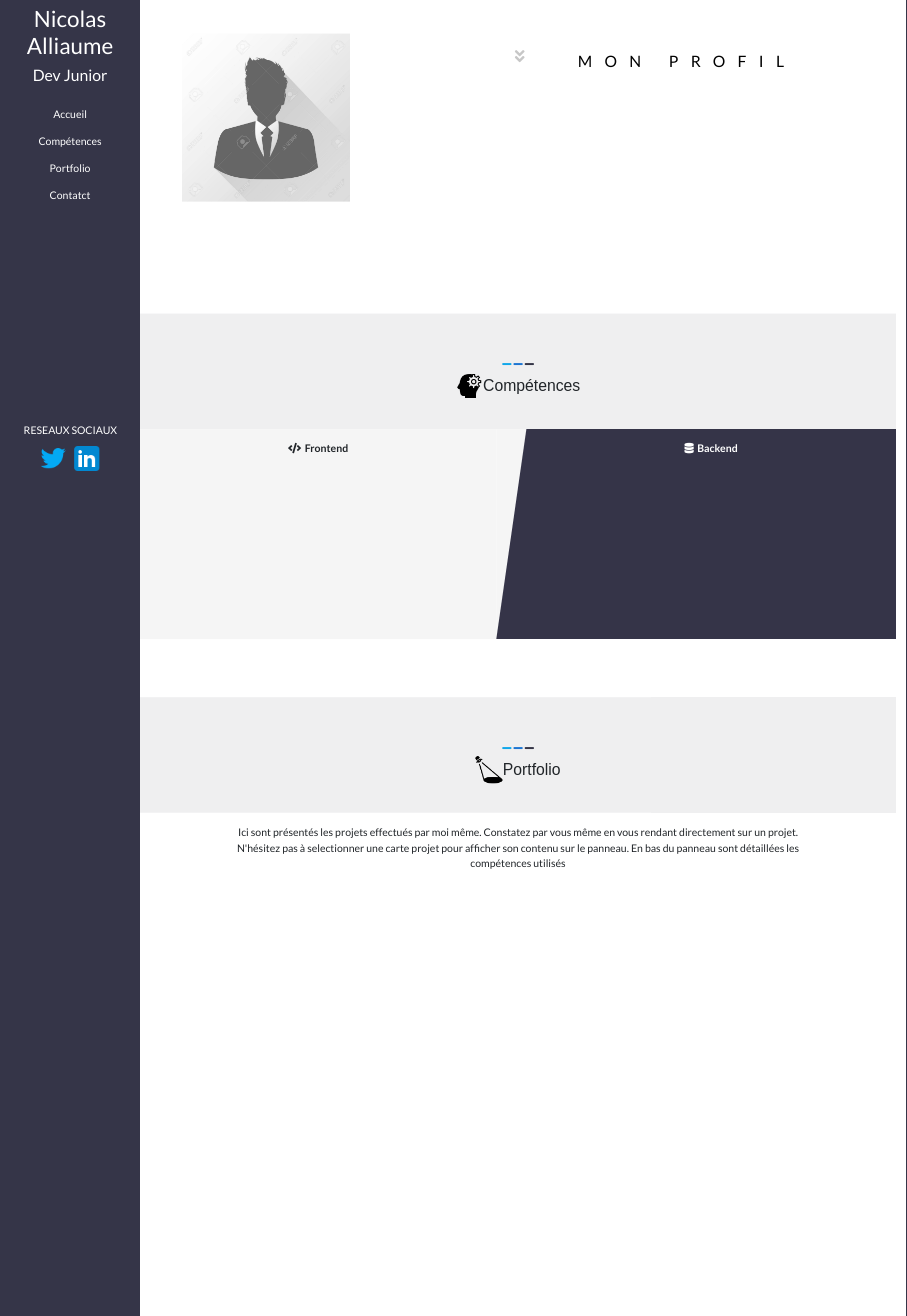
Repository: Nicolas-al/alliaumen
Page: templates/main/index.html.twig
An editor plug-in stored every save of this project. The page is shown before and after the next save, followed by the edit.
The browser window is 1280 px wide. The page is 1295 px wide, so the pictures cover 1295 px, including what lies to the right of the window. The pictures show the part of the page from y = 0 to 1880 px (the page is 3063 px tall before and 2865 px after), at 70% of full size.
Some web fonts or font styles are not loaded; a fallback is used. Some web libraries are served in a nearby version. The page is a Twig template of a Symfony application; nobody is signed in and links lead nowhere. Other server files are loaded and not shown. The template is opened directly, without the code that normally fills it, so the values that code supplies are empty.

Above is the page before, as saved 2020-10-09 16:23:45.

### templates/main/index.html.twig
{% extends 'base.html.twig' %}


{% block body %}
    <div class="wrapper">
        <nav id="sidebar">
        {% include 'main/aside.html.twig' %}
        </nav>
        <div class="content">

            <div class="col-lg-12 mt-5" id="header">
                    <div class="row">
                        <div class="col-lg-3 col-sm-3 offset-md-1" id="block_photo">
                            <img src="{{ asset('images/29273464-photo-de-profil-avatar.jpg') }}" alt="image de profil" style="width : inherit">
                        </div>
                        <div class="col-lg-8 col-sm-8" id="block_profil">
                            <div class="text-center d-flex" id="profil">
                                <div class="block-down">
                                    <i class="fas fa-angle-double-down double-down"></i>
                                </div>
                                <div class="from-center">Mon profil</div>
                            </div>
                            <ul class="list-group list-group-flush" id="profil_panel">
                                <li class="list-group-item">Diplôme : Master Sociologie Rennes 2</li>
                                <li class="list-group-item list-group-item-secondary">Age : 29</li>
                                <li class="list-group-item">Formation Web : Openclassroom</li>
                                <li class="list-group-item list-group-item-secondary">Intitulé : Developpeur Web Junior</li>
                                <li class="list-group-item">Parcours : Virage à 180, non pas par dégoût bien au contraire, j'ai acquis des connaisances importantes. J'ai découvert ce domaine et voyez la suite de ce site par vous même. </li>
                            </ul>
                        </div>
                    </div>
            </div>
            <div id="block_competences">
                    <div class="block_title">
                        <div class="title_elmt">
                            <div class="minus_block">
                                <i class="fas fa-minus minus_one"></i>
                                <i class="fas fa-minus minus_two"></i>
                                <i class="fas fa-minus minus_three"></i>
                            </div>
                            <div class="title">
                                <img src="{{ asset('images/icons/icon-skills.png') }}" alt="icon d'une tête d'humain" class="" />
                                <h4>Compétences</h4>
                            </div>
                        </div>
                    </div>

                    <div id="skills">
                        <div class="h-50" id="front">
                            <div class="skills col-lg-12">
                                <div class="row h-100">
                                    <div class="col-lg-12 d-flex mt-2 justify-content-center skills-title">
                                        <i class="fas fa-code"></i>
                                        <p class="align-title"><strong>Frontend</strong></p>
                                    </div>
                                    <div class="col-lg-12 mt-2" id="text_black">
                                        <div class="row text-center">
                                        {% for skill in skills %}
                                            {% if skill.type == "Frontend" %}
                                                <div class="col-lg-4 col-sm-4 logo-skills">
                                                {% if skill.logo %}
                                                    <img src="{{ vich_uploader_asset( skill, 'logoFile') | imagine_filter('small_thumb')}}" alt="">
                                                {% endif %}
                                                    <p> {{ skill.name }} </p>
                                                </div>
                                            {% endif %}
                                        {% endfor %}
                                        </div>
                                    </div>
                                </div>
                            </div>
                        </div>
                        <div class="h-50" id="back">
                            <div class="skills col-lg-12">
                                <div class="row h-100">
                                    <div class="col-lg-12 d-flex justify-content-center mt-2 skills-title">
                                        <i class="fas fa-database text-white"></i>
                                        <p class="align-title text-white"><strong>Backend</strong></p>
                                    </div>
                                    <div class="col-lg-12 mt-2 text-white" id="text_white">
                                        <div class="row text-center">
                                            {% for skill in skills %}
                                                {% if skill.type == "Backend" %}
                                                    <div class="col-lg-4 col-sm-4 logo-skills" >
                                                    {% if skill.logo %}
                                                        <img src="{{ vich_uploader_asset( skill, 'logoFile') | imagine_filter('small_thumb')}}" alt="">
                                                    {% endif %}
                                                        <p> {{ skill.name }} </p>
                                                    </div>
                                                {% endif %}
                                            {% endfor %}
                                        </div>
                                    </div>
                                </div>
                            </div>
                        </div>
                    </div>
            </div>
            <div class="mt-5" id="block_portfolio">

                <div class="col-lg-12 block_title mb-3">
                    <div class="title_elmt">
                        <div class="minus_block">
                            <i class="fas fa-minus minus_one"></i>
                            <i class="fas fa-minus minus_two"></i>
                            <i class="fas fa-minus minus_three"></i>
                        </div>
                        <div class="title">
                            <img src="{{ asset('images/icons/icon-portfolio.png') }}" alt="lampe qui éclair" class="" />
                            <h4>Portfolio</h4>
                        </div>
                    </div>
                </div>
                <div class="offset-lg-1 col-lg-10 offset-sm-1 col-sm-10" id="para_portfolio">
                    <p> Ici sont présentés les projets effectués par moi même. Constatez par vous même en vous rendant directement sur un projet. N'hésitez pas à selectionner une carte projet pour afficher son contenu sur le panneau. En bas du panneau sont détaillées les compétences utilisés</p>
                </div>
                <div class="d-flex m-auto block_slides">

                    {% for project in portfolio %}

                    <div class="panel_project">
                        <div class="description_project">
                            <div class="">
                                <div class="col-lg-12">
                                    <h4>{{ project.title }}</h4>
                                </div>
                                <div class="col-lg-12">
                                    <p> {{ project.description }}</p>
                                </div>
                            </div>
                        </div>
                        <div class="project">
                            <img src="{{ vich_uploader_asset(project, 'imageFile') | imagine_filter('slider_thumb')}}" alt="image projet">
                        </div>
                        <div class="skills_project">
                            <div class="row">
                                <div class="col-lg-12">
                                    <p> <span>Compétences utilisées :</span> {{ project.skills }}</p>
                                </div>
                            </div>
                        </div>
                        <div class="project_link">
                                <a href="{{ path('portfolio', {'id' : project.id})  }}" class="text-white"> voir la page projet </a>
                        </div>
                    </div>

                    {% endfor %}
                </div>

                <div class="col-lg-12" id="block_project_card">
                    <div class="row" id="projects_cards">

                        {% for project in portfolio %}

                        <div class="project_card">
                            <div class="project_content">
                                <h6> {{ project.title }} </h6>
                                <img src="{{ vich_uploader_asset( project, 'imageFile') | imagine_filter('medium_thumb')}}" alt="">
                                <p> {{ project.description }} </p>
                                <p> {{ project.skills }} </p>
                            </div>
                        </div>

                        {% endfor %}

                    </div>
                </div>
            </div>
            <div id="block_contact">
                <div class="col-lg-12 block_title">
                    <div class="title_elmt">
                        <div class="minus_block">
                            <i class="fas fa-minus minus_one"></i>
                            <i class="fas fa-minus minus_two"></i>
                            <i class="fas fa-minus minus_three"></i>
                        </div>
                        <div class="title">
                            <img src="{{ asset('images/icons/icon-contact-de-messagerie.png') }}" alt="icon d'une tête d'humain" class="" />
                            <h4>Contact</h4>
                        </div>
                    </div>
                </div>
                <div class="col-lg-12 pl-5">

                    <address>
                        <p class="d-inline"> Email : </p>
                        <a href="mailto:alliaume.nicolas@gmail.com">alliaume.nicolas@gmail.com</a><br>
                    </address>
                </div>
                <p class="col-lg-12 pl-5">
                    Laissez moi un message si vous le souhaitez après avoir cliqué sur le bouton ci-dessous.
                </p>
                <div class="col-lg-12 pl-5">
                    <button class="button" id="form_button">
                        <a href="#contact_form" id="form_link" class="font-weight-bold text-white">
                        laisser un message</a>
                    </button>
                </div>
            </div>
            {% include 'contact/index.html.twig' %}
            {% include 'main/footer.html.twig' %}
            </div>
        </div>
    </div>
{% endblock %}


{% block footer %}

{% endblock %}

### templates/base.html.twig
<!DOCTYPE html>
<html>
    <head>
        <lang="fr">
        <meta charset="UTF-8">
        <meta name="viewport" content="width=device-width, initial-scale=1">
        <!-- Open Graph data -->
        <meta name="description" content="Portfolio developpeur Web"/>
        <link rel="canonical" href="http://alliaumen.com/" />
        <meta property="og:locale" content="fr_FR" />
        <meta property="og:type" content="website" />
        <meta property="og:title" content="Portfolio Nicolas-A" />
        <meta property="og:description" content="Portfolio présentant l'ensemble de mes compétences ainsi que les projets effectués dans le Developpement Web" />
        <meta property="og:url" content="http://alliaumen.com/" />
        <meta property="og:site_name" content="Portfolio Nicolas-A" />

        <!-- Twitter cards -->

        <meta name="twitter:card" content="summary_large_image" />
        <meta name="twitter:description" content="Portfolio présentant l'ensemble de mes compétences ainsi que les projets effectués dans le Developpement Web" />
        <meta name="twitter:title" content="Portfolio Nicolas-A | Compétences et projets personnel dans le developpement web" />
        <meta name="twitter:site" content="@PortfolioNA" />
        <meta name="twitter:image" content="https://blog.octopulse.io/wp-content/uploads/2019/05/logo-seul-couleur@2x-e1556899421228.png" />

        <title>{% block title %}Projet5!{% endblock %}</title>
        {% block stylesheets %}
        <link type="text/css" rel="stylesheet" href="{{ asset('/css/style.css') }}" />
        <link type="text/css" rel="stylesheet" href="{{ asset('/css/project.css') }}" />
        <link rel="stylesheet" href="https://bootswatch.com/4/flatly/bootstrap.min.css">
        <link rel="stylesheet" href="https://cdnjs.cloudflare.com/ajax/libs/font-awesome/5.9.0/css/all.css">
        <link href="https://fonts.googleapis.com/css2?family=Oswald&family=Philosopher&family=Roboto&family=Crete+Round&family=Dosis:wght@600&family=Merienda:wght@700&display=swap" rel="stylesheet">
        <script src="https://code.jquery.com/jquery-3.5.1.min.js" integrity="sha256-9/aliU8dGd2tb6OSsuzixeV4y/faTqgFtohetphbbj0=" crossorigin="anonymous"></script>
        <script src="{{ asset('js/accueil/profil.js') }}"></script>
        <script src="{{ asset('js/accueil/skills.js') }}"></script>
        <script src="{{ asset('js/accueil/slider.js') }}"></script>
        <script src="{{ asset('js/accueil/contact.js') }}"></script>

        {% endblock %}
    </head>
    <body>

            {# {% block aside %}{% endblock %} #}
            {% block body %}{% endblock %}
            {% block javascripts %}{% endblock %}
            <footer>
            {% block footer %}{% endblock %}
            </footer>
            <script src="{{ asset('js/portfolio/deleteCom.js') }}"></script>
            <script src="{{ asset('js/portfolio/banIp.js') }}"></script>
    </body>
</html>

### templates/main/aside.html.twig

    {% block sidebar %}
            <div class="sidebar-header">
                <h3 class="text-center">Nicolas Alliaume</h3>
                <h4 class="text-center">Dev Junior</h4>
            </div>
            <div class="navbar navbar-expand text-center">
                <ul class="nav" style="width: -webkit-fill-available">
                    <li class="nav-item active"><a href="/#" class="nav-link text-white">Accueil</a></li>
                    <li class="nav-item"><a href="/#block_competences" class="nav-link text-white">Compétences</a></li>
                    <li class="nav-item"><a href="/#block_portfolio" class="nav-link text-white">Portfolio</a></li>
                    <li class="nav-item"><a href="/#block_contact" class="nav-link text-white">Contatct</a></li>
                </ul>
            </div>
            <div class="block_network">
                <h6>RESEAUX SOCIAUX</h6>
                <div class="d-flex justify-content-center">
                    <img class="" src="{{ asset('images/icons/icon-twitter.png') }}" alt="icon de twitter">
                    <img src="{{ asset('images/icons/icon-linkedin.png') }}" alt="icon de linkedin">
                </div>
            </div>
    {% endblock %}

### templates/contact/index.html.twig

<div class="modal_contact">
    <div class="row" id="contact_form">
        <div class="col-lg-4 offset-lg-4 text-center">
            <h1>
            Contact
            </h1>
        </div>
    </div>
    <div class="container">
        <div class="row">
            <div class="col-lg-6 mx-auto" id="contact_block">
                    <div class="form-group">
                        <label for="name">Nom</label>
                        <input type="text" class="form-control" name="name" id="name">
                        <small id="emailHelp" class="form-text text-muted"></small>
                    </div>
                    <div class="form-group">
                        <label for="firstname">Prénom</label>
                        <input type="text" class="form-control" id="firstname">
                    </div>
                    <div class="form-group">
                        <label for="mail">Email</label>
                        <input type="mail" class="form-control" id="mail">
                    </div>
                    <div class="form-group">
                        <label for="message">Message</label>
                        <textarea type="textarea" class="form-control" rows="10" id="message"></textarea>
                    </div>

                    <a class="button font-weight-bold text-white" id="button_form" href="#contact_form">Envoyer</a>
                    <p id="errors_form"></p>
            </div>
        </div>
    </div>
</div>

### templates/main/footer.html.twig
  {% block footer %}
                <footer class="row">
                    <div class="col-lg-12 mb-5 mt-5 text-center">
                        <a href="{{ path("mentions") }}" class="text-white">Mentions légales</a>
                    </div>
                    <div class="col-lg-12 text-dark copyright">
                            <p class="text-center">Tous droits réservés © Nicolas ALLIAUME 2020 - Portfolio numérique</p>

                    </div>
                </footer>
{% endblock %}

### public/css/project.css
/* ------------ Project Page -------------- */

h1{
    text-align: center;
    margin: 4%;
}
.project_page p{
    font-size: 1.1em;
    margin: 4% 0%;
    text-align: center;
}
.content{
    width: 100%;
}
figure{
    text-align: center;
}
figure img{
    box-shadow: 2px 2px 13px;
    width: 100%;
}
figure .btn{
    background: #353648;
    margin-top: 20px;
}
figure a{
    color: white;
}
figcaption{
    margin-top: 10px;
}
#comment_block{
    margin-bottom: 30px;
}
#comments{
    margin-bottom: 9%;
    margin-top: 4%;
}
#comments .comment{
    margin-bottom: 30px;
    border: 1px gainsboro;
    box-shadow: 1px 1px 5px;
}
#author_comment{
background-color: #353648;
color :white
}
#content_comment{
background-color: #ffffff;
padding: 9px 10px;
}

Loaded but not shown: public/js/accueil/contact.js (47 lines, source omitted); public/js/accueil/slider.js (51 lines, source omitted); public/js/accueil/profil.js (27 lines, source omitted); public/js/portfolio/deleteCom.js (19 lines, source omitted); public/js/portfolio/banIp.js (17 lines, source omitted); public/css/style.css (570 lines, source omitted)

After the next save:
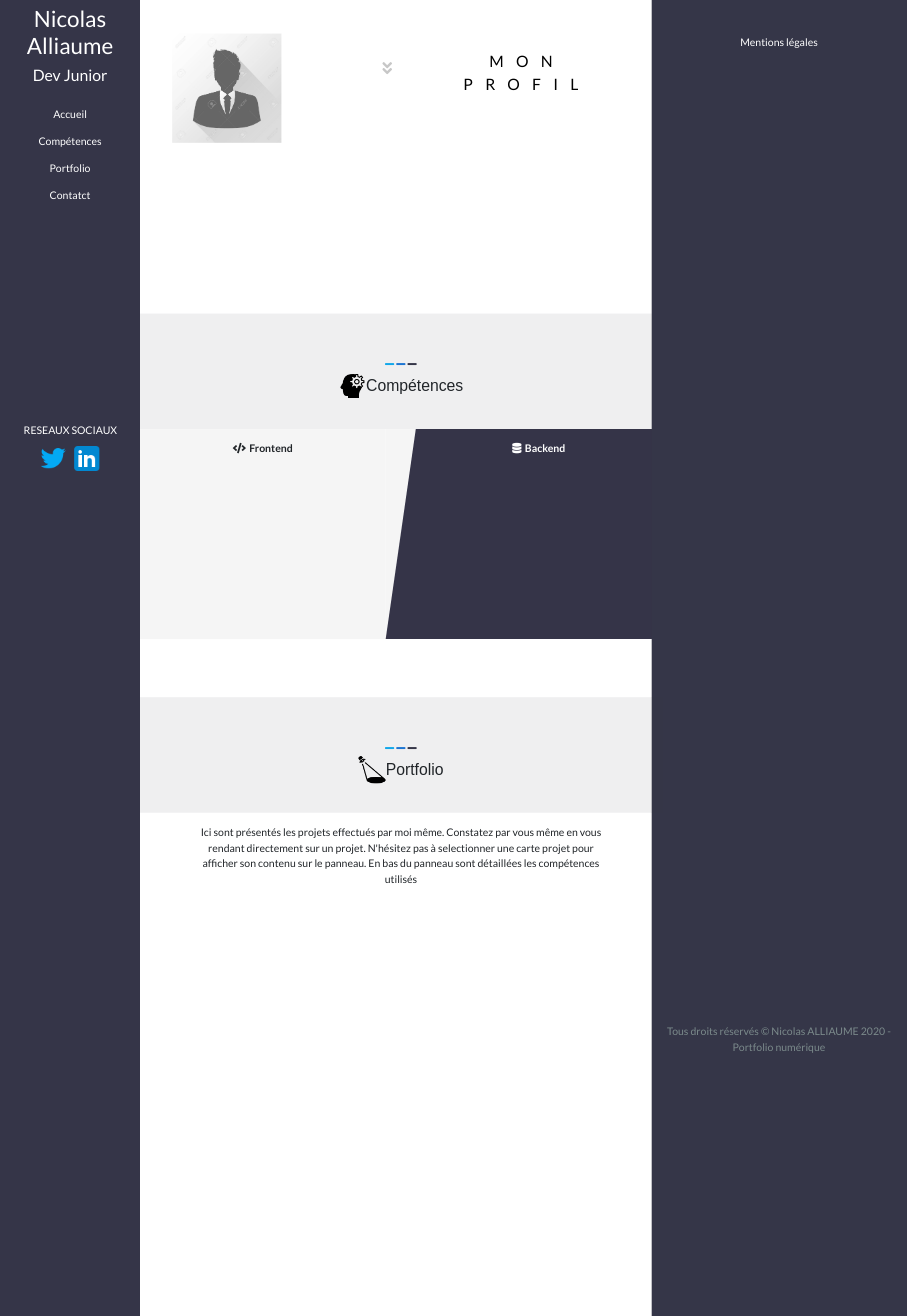
Saved 42 min 33 s later.
--- a/templates/main/index.html.twig
+++ b/templates/main/index.html.twig
@@ -196,11 +196,12 @@
                         laisser un message</a>
                     </button>
                 </div>
-            </div>
-            {% include 'contact/index.html.twig' %}
-            {% include 'main/footer.html.twig' %}
-            </div>
         </div>
+        </div>
+        {% include 'contact/index.html.twig' %}
+        {% include 'main/footer.html.twig' %}
+        </div>
+
     </div>
 {% endblock %}
 
